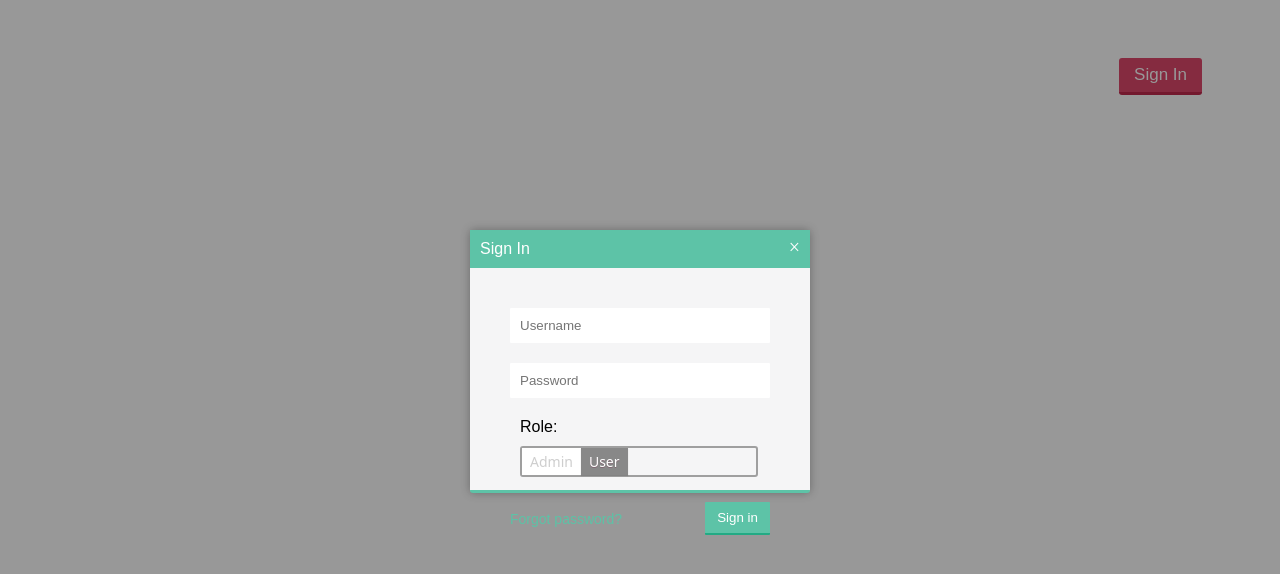
Repository: Mainak-Deb/EmployeeApprisalApp
Page: http://localhost/EmployeeApprisalForm/
These files come from the project's save history. The page is drawn as it stood at one moment and after the next save; the edit follows.
The browser window is 1280 px wide. The pictures show the whole page.
The page is served by Tomcat 9.

Above is the page before, as saved 2023-06-16 06:24:03.

After the next save:
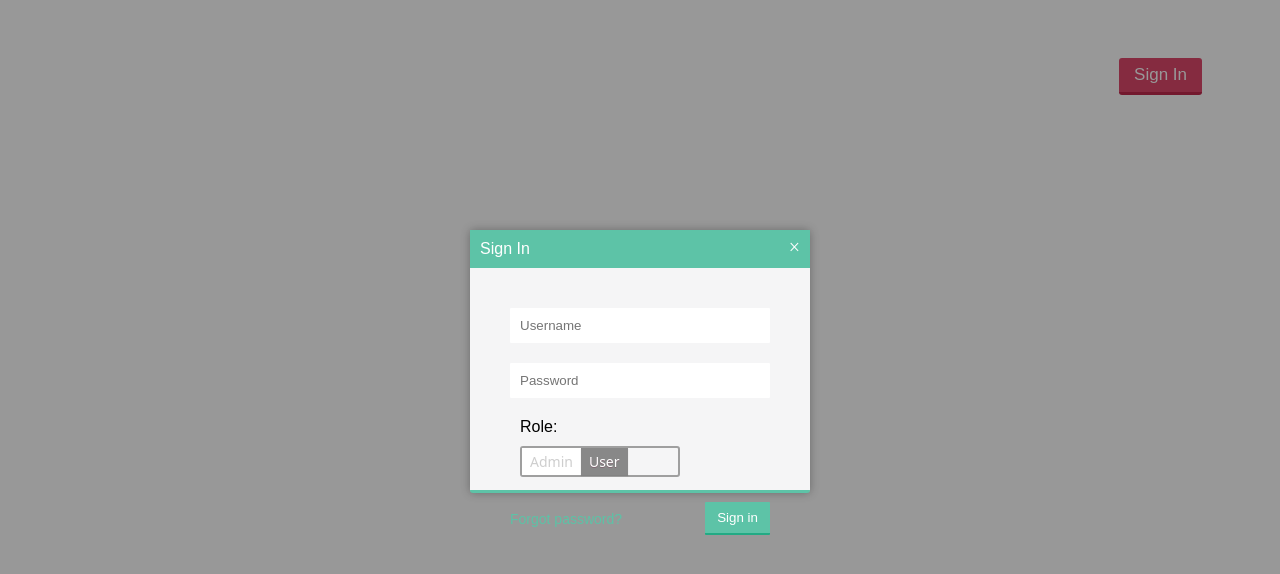
Saved 29 s later.
--- a/EmployeeApprisalForm/src/main/webapp/public/styles/index.css
+++ b/EmployeeApprisalForm/src/main/webapp/public/styles/index.css
@@ -117,7 +117,7 @@ button:hover{
 	border: 2px solid #2b2b2b6d;
 	display:flex;
 	flex-direction:row;
-	width:90%;
+	width:60%;
 }
 
 .radio input {
